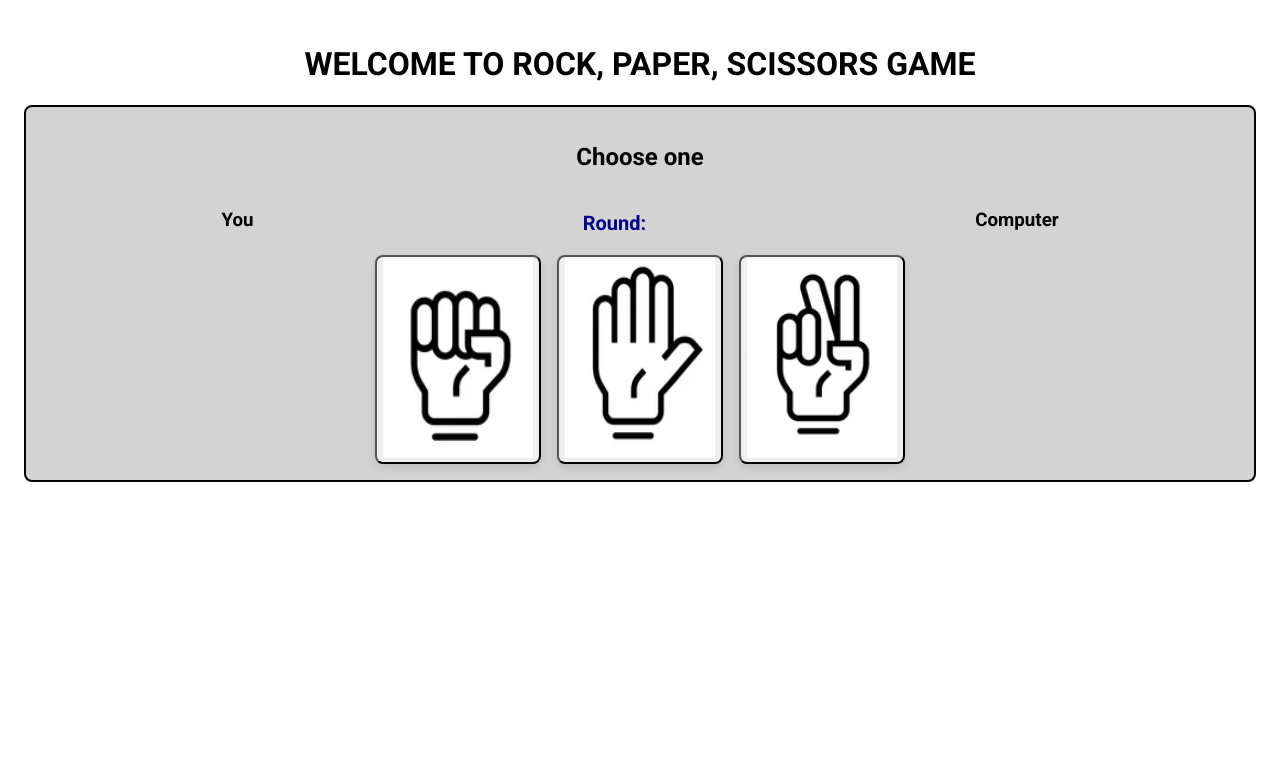
Repository: xhide341/rock_paper_scissor
Page: index.html
The author's editor kept a copy of each file at every save. The page is drawn from the files as they stood at one save, then again after a run of saves.
The browser window is 1280 px wide. The pictures show the whole page.

Above is the page before, as saved 2024-06-21 19:38:43.

After the next 2 saves:
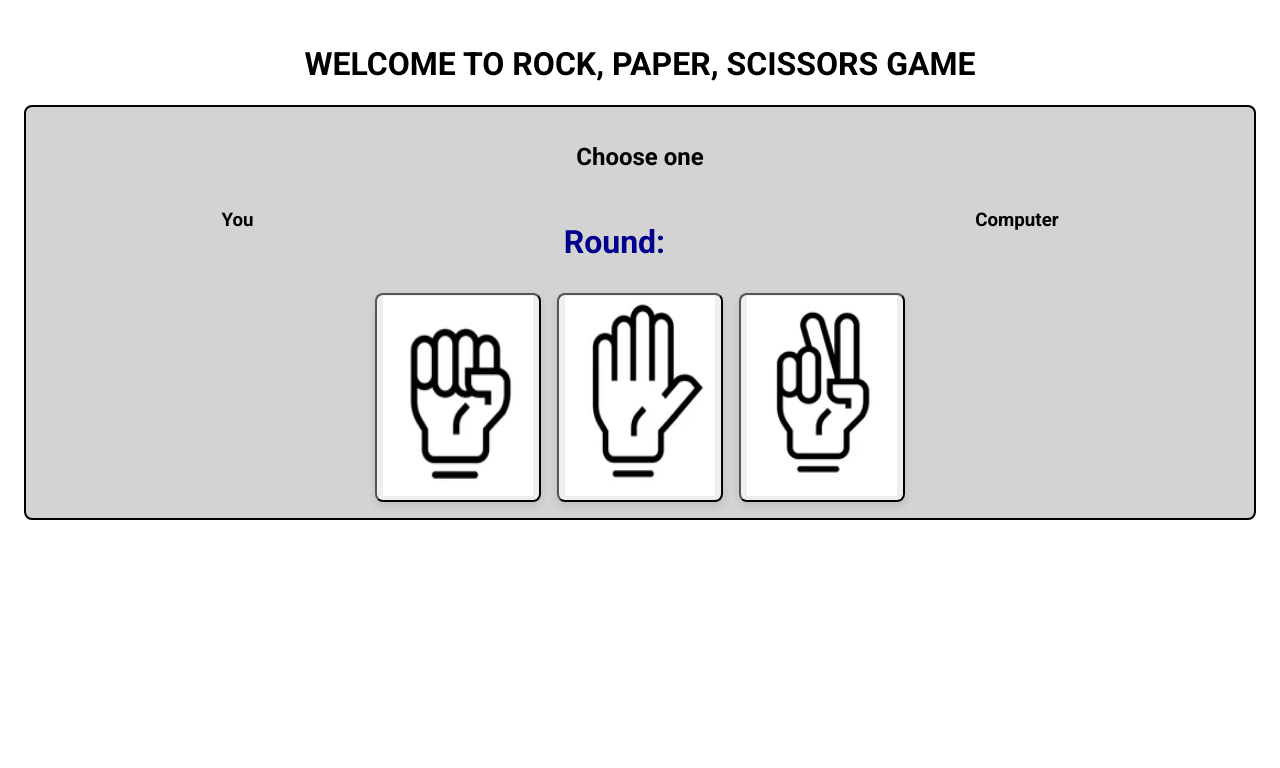
The 2 saves are shown as one change because they came seconds apart.
The last was saved 7 s later.
--- a/style.css
+++ b/style.css
@@ -42,7 +42,7 @@
 .round-counter {
     display: flex;
     justify-content: center;
-    font-size: 20px;
+    font-size: 32px;
     color: darkblue
 }
 
